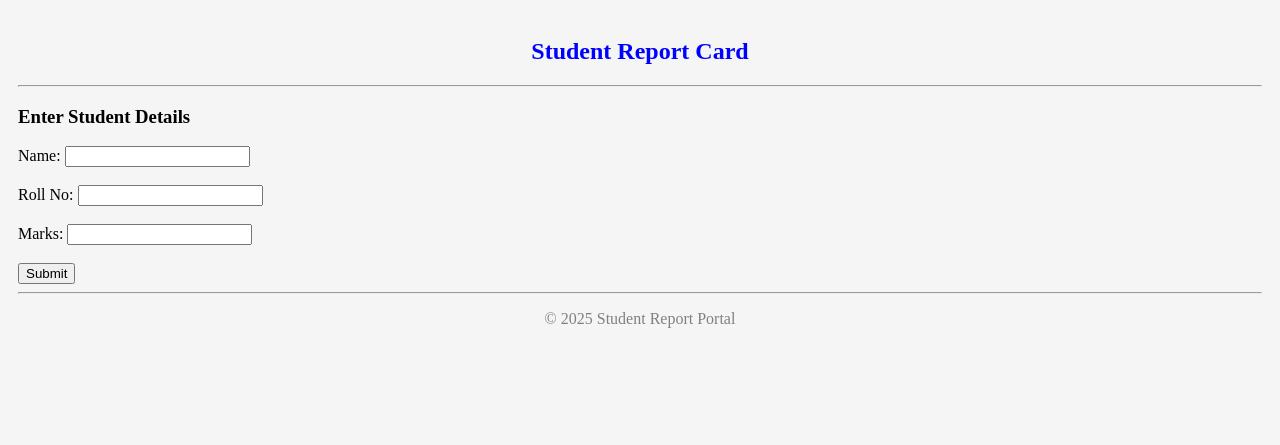
Repository: ashwinii19/Core-Java-Learning
Page: http://localhost/24-JSP/
These files come from the project's save history. The page is drawn as it stood at one moment and after the next save; the edit follows.
The browser window is 1280 px wide. The pictures show the whole page.
The page is served by Tomcat 9.

Above is the page before, as saved 2025-08-20 03:25:54.

After the next save:
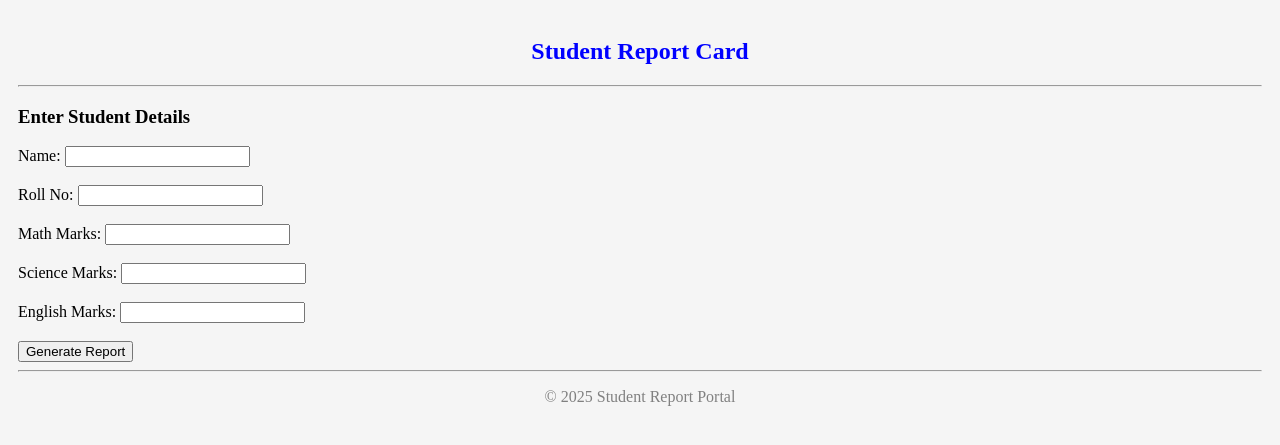
Saved 61 s later.
--- a/24-JSP/src/main/webapp/index.jsp
+++ b/24-JSP/src/main/webapp/index.jsp
@@ -11,10 +11,12 @@
 
     <h3>Enter Student Details</h3>
     <form action="profile.jsp">
-        Name: <input type="text" name="name"/><br><br>
-        Roll No: <input type="text" name="rollNo"/><br><br>
-        Marks: <input type="number" name="marks"/><br><br>
-        <input type="submit" value="Submit"/>
+        Name: <input type="text" name="name" required/><br><br>
+        Roll No: <input type="text" name="rollNo" required/><br><br>
+        Math Marks: <input type="number" name="math" required/><br><br>
+        Science Marks: <input type="number" name="science" required/><br><br>
+        English Marks: <input type="number" name="english" required/><br><br>
+        <input type="submit" value="Generate Report"/>
     </form>
 
     <jsp:include page="footer.jsp"/>
